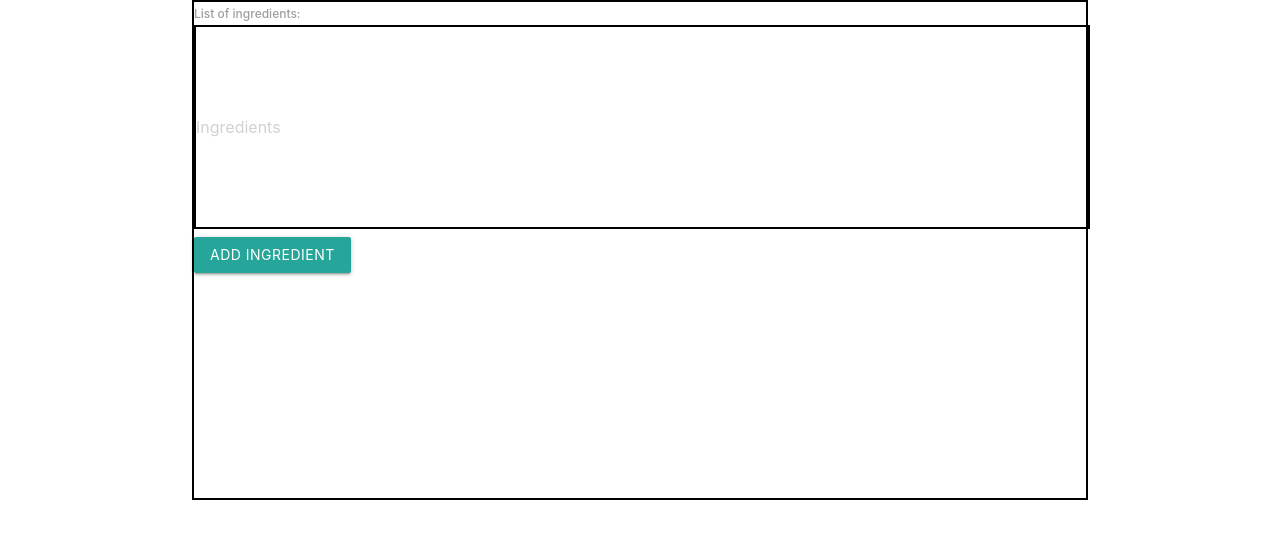
Repository: Aaron-R-Carter/Project1
Page: prototype.html
The author's editor kept a copy of each file at every save. The page is drawn from the files as they stood at one save, then again after the next save.
The browser window is 1280 px wide. The pictures show the whole page.

Above is the page before, as saved 2019-10-31 20:57:58.
Console error: SyntaxError: Unexpected token '<'

After the next save:
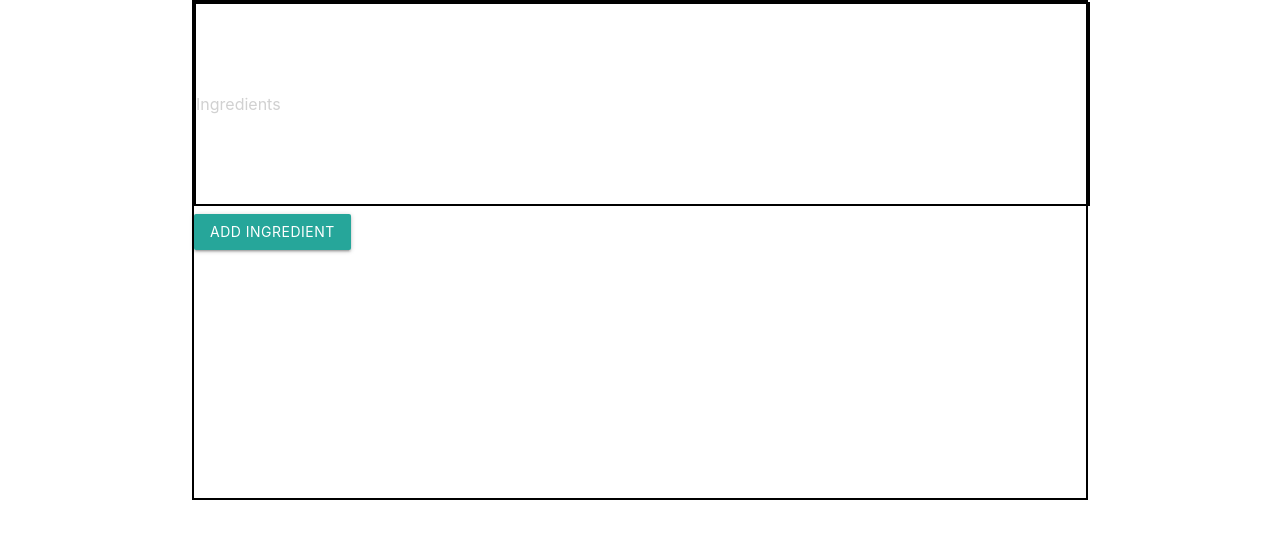
Saved 44 s later.
--- a/prototype.html
+++ b/prototype.html
@@ -17,8 +17,7 @@
     <div class="container">
         <div id="form-page">
         <form id="ingredient-form">
-            <strong><label for="ingredient-input">List of ingredients:</label></strong>
-            <br>
+
             <input type="text" id="ingredient-input" placeholder="Ingredients">
 
             <!-- Button will trigger new ingredient to be added -->
